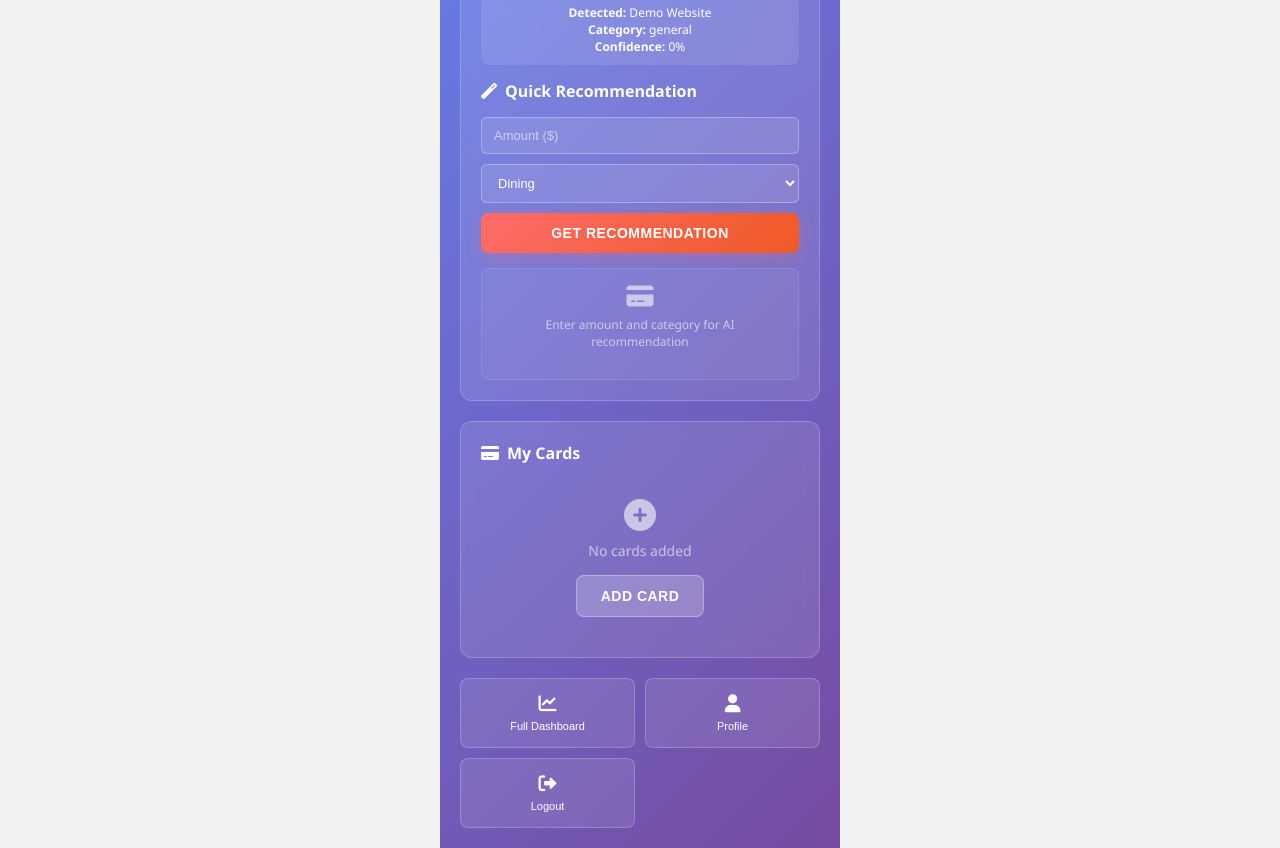
Repository: VihaanShah2004/vs2004-intenrship-version
Page: client/popup.html
These files come from the project's save history. The page is drawn as it stood at one moment and after the next save; the edit follows.
The browser window is 1280 px wide. The pictures show the whole page.

Above is the page before, as saved 2025-09-19 16:51:53.

### client/popup.html
<!DOCTYPE html>
<html lang="en">

<head>
    <meta charset="UTF-8">
    <meta name="viewport" content="width=device-width, initial-scale=1.0">
    <title>VIDAVA AI</title>
    <link rel="stylesheet" href="styles.css">
    <link rel="stylesheet" href="https://cdnjs.cloudflare.com/ajax/libs/font-awesome/6.0.0-beta3/css/all.min.css">
    <link rel="stylesheet" href="popup.css">
</head>

<body>
    <div class="popup-container">
        <!-- Header -->
        <div class="popup-header">
            <img src="logo.png" alt="VIDAVA AI" class="logo">
            <h1>VIDAVA AI</h1>
        </div>

        <!-- Main Content -->
        <div class="popup-content" id="popupContent">
            <!-- Login/Register Section -->
            <div class="auth-section" id="authSection">
                <div class="auth-tabs">
                    <button class="tab-btn active" id="loginTab">Login</button>
                    <button class="tab-btn" id="registerTab">Register</button>
                </div>

                <div class="auth-form" id="loginForm">
                    <input type="email" placeholder="Email" id="loginEmail">
                    <div class="password-wrapper">
                        <input type="password" placeholder="Password" id="loginPassword">
                        <i class="fas fa-eye" id="toggleLoginPassword"></i>
                    </div>
                    <button class="btn primary-btn" id="loginBtn">Login</button>
                    <a href="#" class="forgot-link">Forgot Password?</a>
                </div>

                <div class="auth-form hidden" id="registerForm">
                    <input type="email" placeholder="Email" id="registerEmail">
                    <div class="password-wrapper">
                        <input type="password" placeholder="Password" id="registerPassword">
                        <i class="fas fa-eye" id="toggleRegisterPassword"></i>
                    </div>
                    <button class="btn primary-btn" id="registerBtn">Register</button>
                </div>
            </div>

            <!-- Main Dashboard Section -->
            <div class="dashboard-section hidden" id="dashboardSection">
                <!-- Quick Recommendation -->
                <div class="quick-recommendation">
                    <h3><i class="fas fa-magic"></i> Quick Recommendation</h3>
                    <div class="recommendation-input">
                        <input type="number" placeholder="Amount ($)" id="quickAmount" step="0.01">
                        <select id="quickCategory">
                            <option value="dining">Dining</option>
                            <option value="groceries">Groceries</option>
                            <option value="travel">Travel</option>
                            <option value="gas">Gas</option>
                            <option value="shopping">Shopping</option>
                            <option value="entertainment">Entertainment</option>
                            <option value="general">General</option>
                        </select>
                        <button class="btn primary-btn" id="getQuickRecommendation">Get Recommendation</button>
                    </div>
                    <div class="recommendation-result" id="quickRecommendationResult">
                        <div class="placeholder">
                            <i class="fas fa-credit-card"></i>
                            <p>Enter amount and category for AI recommendation</p>
                        </div>
                    </div>
                </div>

                <!-- My Cards -->
                <div class="my-cards">
                    <h3><i class="fas fa-credit-card"></i> My Cards</h3>
                    <div class="cards-list" id="myCardsList">
                        <div class="no-cards">
                            <i class="fas fa-plus-circle"></i>
                            <p>No cards added</p>
                            <button class="btn secondary-btn" id="addCardBtn">Add Card</button>
                        </div>
                    </div>
                </div>

                <!-- Quick Actions -->
                <div class="quick-actions">
                    <button class="action-btn" id="openDashboard">
                        <i class="fas fa-chart-line"></i>
                        <span>Full Dashboard</span>
                    </button>
                    <button class="action-btn" id="viewProfile">
                        <i class="fas fa-user"></i>
                        <span>Profile</span>
                    </button>
                    <button class="action-btn" id="logoutBtn">
                        <i class="fas fa-sign-out-alt"></i>
                        <span>Logout</span>
                    </button>
                </div>
            </div>
        </div>

        <!-- Loading Overlay -->
        <div class="loading-overlay hidden" id="loadingOverlay">
            <div class="spinner"></div>
            <p>Processing...</p>
        </div>

        <!-- Message Display -->
        <div class="message" id="message"></div>
    </div>

    <!-- Scripts -->
    <script src="storage/localStorage.js"></script>
    <script src="ml/simple-model.js"></script>
    <script src="popup.js"></script>
</body>

</html>

### client/popup.js
// VIDAVA AI Popup Manager
class PopupManager {
    constructor() {
        this.storage = new LocalStorageManager();
        this.mlModel = new CreditCardMLModel();
        this.currentUser = null;
        this.creditCards = [];
        this.currentWebsite = null;

        this.init();
    }

    async init() {
        try {
            // Initialize ML model
            await this.mlModel.loadSavedModel();
            if (!this.mlModel.isLoaded) {
                await this.mlModel.initializeWithSyntheticData();
            }

            // Load credit cards
            this.creditCards = this.storage.getAllCreditCards();

            // Get current user (create default if none exists)
            this.currentUser = this.getOrCreateDefaultUser();

            // Get current website info
            await this.getCurrentWebsiteInfo();

            // Setup event listeners
            this.setupEventListeners();

            // Show appropriate section
            this.showDashboard();

        } catch (error) {
            console.error('Error initializing popup:', error);
            this.showError('Failed to initialize VIDAVA AI');
        }
    }

    getOrCreateDefaultUser() {
        // Get existing user or create default
        const existingUsers = Object.values(this.storage.getData().users);
        if (existingUsers.length > 0) {
            return existingUsers[0];
        }

        // Create default user
        return this.storage.createUser({
            email: 'user@vidava.ai',
            password: 'default',
            firstName: 'User',
            lastName: 'User',
            monthlyIncome: 5000,
            creditScore: 'Good'
        });
    }

    async getCurrentWebsiteInfo() {
        try {
            // Get current tab info (only for demonstration purposes)
            const [tab] = await chrome.tabs.query({ active: true, currentWindow: true });
            this.currentWebsite = this.analyzeWebsite(tab.url, tab.title);
        } catch (error) {
            console.error('Error getting website info:', error);
            this.currentWebsite = {
                domain: 'demo',
                category: 'general',
                name: 'Demo Website',
                confidence: 0
            };
        }
    }

    analyzeWebsite(url, title) {
        // Simplified analysis for demo purposes only
        const domain = 'demo-site.com';
        const titleLower = title.toLowerCase();

        // Basic category detection based on common keywords
        const categories = {
            'dining': ['restaurant', 'food', 'dining', 'eat', 'menu', 'order', 'delivery', 'pizza', 'burger', 'cafe', 'coffee'],
            'groceries': ['grocery', 'supermarket', 'food', 'fresh', 'organic', 'produce', 'meat', 'dairy', 'pantry'],
            'travel': ['hotel', 'flight', 'airline', 'travel', 'booking', 'vacation', 'trip', 'resort'],
            'gas': ['gas', 'fuel', 'station'],
            'shopping': ['shop', 'store', 'buy', 'purchase', 'cart', 'checkout', 'retail'],
            'entertainment': ['movie', 'streaming', 'entertainment', 'game', 'music'],
            'utilities': ['electric', 'water', 'internet', 'phone', 'cable', 'utility', 'bill', 'payment']
        };

        let bestCategory = 'general';
        let bestScore = 0;

        // Simple keyword matching
        for (const [category, keywords] of Object.entries(categories)) {
            const matches = keywords.filter(keyword => titleLower.includes(keyword)).length;
            if (matches > bestScore) {
                bestScore = matches;
                bestCategory = category;
            }
        }

        return {
            domain: domain,
            category: bestCategory,
            name: this.getWebsiteName(domain, title),
            confidence: Math.min(bestScore / 5, 1),
            url: 'https://demo-site.com'
        };
    }

    getWebsiteName(domain, title) {
        // Extract clean website name
        const cleanDomain = domain.replace('www.', '').split('.')[0];
        return cleanDomain.charAt(0).toUpperCase() + cleanDomain.slice(1);
    }

    setupEventListeners() {
        // Tab switching
        document.getElementById('loginTab').addEventListener('click', () => this.switchTab('login'));
        document.getElementById('registerTab').addEventListener('click', () => this.switchTab('register'));

        // Auth buttons
        document.getElementById('loginBtn').addEventListener('click', () => this.handleLogin());
        document.getElementById('registerBtn').addEventListener('click', () => this.handleRegister());

        // Password toggles
        document.getElementById('toggleLoginPassword').addEventListener('click', () => this.togglePassword('loginPassword'));
        document.getElementById('toggleRegisterPassword').addEventListener('click', () => this.togglePassword('registerPassword'));

        // Dashboard actions
        document.getElementById('getQuickRecommendation').addEventListener('click', () => this.getQuickRecommendation());
        document.getElementById('addCardBtn').addEventListener('click', () => this.showAddCardModal());
        document.getElementById('openDashboard').addEventListener('click', () => this.openFullDashboard());
        document.getElementById('viewProfile').addEventListener('click', () => this.showProfile());
        document.getElementById('logoutBtn').addEventListener('click', () => this.logout());

        // Enter key for quick recommendation
        document.getElementById('quickAmount').addEventListener('keypress', (e) => {
            if (e.key === 'Enter') this.getQuickRecommendation();
        });
    }

    switchTab(tab) {
        // Update tab buttons
        document.querySelectorAll('.tab-btn').forEach(btn => btn.classList.remove('active'));
        document.getElementById(tab + 'Tab').classList.add('active');

        // Update forms
        document.querySelectorAll('.auth-form').forEach(form => form.classList.add('hidden'));
        document.getElementById(tab + 'Form').classList.remove('hidden');
    }

    togglePassword(inputId) {
        const input = document.getElementById(inputId);
        const icon = document.getElementById('toggle' + inputId.charAt(0).toUpperCase() + inputId.slice(1));

        if (input.type === 'password') {
            input.type = 'text';
            icon.classList.remove('fa-eye');
            icon.classList.add('fa-eye-slash');
        } else {
            input.type = 'password';
            icon.classList.remove('fa-eye-slash');
            icon.classList.add('fa-eye');
        }
    }

    handleLogin() {
        const email = document.getElementById('loginEmail').value;
        const password = document.getElementById('loginPassword').value;

        if (!email || !password) {
            this.showError('Please fill in all fields');
            return;
        }

        // For demo purposes, accept any login
        this.showSuccess('Login successful!');
        setTimeout(() => this.showDashboard(), 1000);
    }

    handleRegister() {
        const email = document.getElementById('registerEmail').value;
        const password = document.getElementById('registerPassword').value;

        if (!email || !password) {
            this.showError('Please fill in all fields');
            return;
        }

        // Create new user
        const newUser = this.storage.createUser({
            email: email,
            password: password,
            firstName: 'New',
            lastName: 'User',
            monthlyIncome: 5000,
            creditScore: 'Good'
        });

        this.currentUser = newUser;
        this.showSuccess('Registration successful!');
        setTimeout(() => this.showDashboard(), 1000);
    }

    showDashboard() {
        document.getElementById('authSection').classList.add('hidden');
        document.getElementById('dashboardSection').classList.remove('hidden');
        this.loadUserCards();
        this.updateWebsiteInfo();
    }

    updateWebsiteInfo() {
        if (this.currentWebsite) {
            const websiteInfo = document.createElement('div');
            websiteInfo.className = 'website-info';
            websiteInfo.innerHTML = `
                <div style="background: rgba(255,255,255,0.1); padding: 10px; border-radius: 8px; margin-bottom: 15px; font-size: 12px;">
                    <strong>Detected:</strong> ${this.currentWebsite.name}<br>
                    <strong>Category:</strong> ${this.currentWebsite.category}<br>
                    <strong>Confidence:</strong> ${Math.round(this.currentWebsite.confidence * 100)}%
                </div>
            `;

            const quickRec = document.querySelector('.quick-recommendation');
            quickRec.insertBefore(websiteInfo, quickRec.firstChild);
        }
    }

    async getQuickRecommendation() {
        const amount = parseFloat(document.getElementById('quickAmount').value);
        const category = document.getElementById('quickCategory').value;

        if (!amount || amount <= 0) {
            this.showError('Please enter a valid amount');
            return;
        }

        this.showLoading(true);

        try {
            // Use website category if available, otherwise use selected category
            const finalCategory = this.currentWebsite ? this.currentWebsite.category : category;

            const transactionData = {
                amount: amount,
                category: finalCategory,
                merchant: this.currentWebsite ? this.currentWebsite.name : 'Manual Entry'
            };

            const recommendation = await this.mlModel.getRecommendation(
                transactionData,
                this.currentUser,
                this.creditCards
            );

            this.displayRecommendation(recommendation, amount, finalCategory);

            // Save transaction for learning
            this.storage.addTransaction(this.currentUser.id, {
                ...transactionData,
                recommendedCardId: recommendation.recommended.card.id
            });

        } catch (error) {
            console.error('Error getting recommendation:', error);
            this.showError('Failed to get recommendation');
        } finally {
            this.showLoading(false);
        }
    }

    displayRecommendation(recommendation, amount, category) {
        const resultDiv = document.getElementById('quickRecommendationResult');

        if (!recommendation.recommended) {
            resultDiv.innerHTML = `
                <div class="placeholder">
                    <i class="fas fa-exclamation-triangle"></i>
                    <p>No recommendation available</p>
                </div>
            `;
            return;
        }

        const card = recommendation.recommended.card;
        const rewardRate = this.getRewardRate(card, category);
        const estimatedReward = (amount * rewardRate / 100).toFixed(2);
        const confidence = Math.round(recommendation.recommended.confidence * 100);

        resultDiv.innerHTML = `
            <div class="recommendation-card">
                <div class="card-name">${card.name}</div>
                <div class="bank-name">${card.bank}</div>
                <div class="reward-info">
                    <span class="reward-rate">${rewardRate}% Cashback</span>
                    <span class="estimated-reward">$${estimatedReward}</span>
                </div>
                <div class="confidence">Confidence: ${confidence}%</div>
            </div>
        `;
    }

    getRewardRate(card, category) {
        if (card.rewards[category]) {
            return card.rewards[category];
        }
        return card.rewards.other || 1;
    }

    loadUserCards() {
        const cardsList = document.getElementById('myCardsList');
        const userCards = this.currentUser.creditCards || [];

        if (userCards.length === 0) {
            cardsList.innerHTML = `
                <div class="no-cards">
                    <i class="fas fa-plus-circle"></i>
                    <p>No cards added</p>
                    <button class="btn secondary-btn" id="addCardBtn">Add Card</button>
                </div>
            `;
            return;
        }

        cardsList.innerHTML = userCards.map(card => `
            <div class="card-item">
                <div class="card-info">
                    <div class="card-name">${card.cardName}</div>
                    <div class="bank-name">${card.bank}</div>
                </div>
                <button class="remove-btn" onclick="popupManager.removeCard('${card.cardId}')">
                    <i class="fas fa-trash"></i>
                </button>
            </div>
        `).join('');
    }

    showAddCardModal() {
        // Simple card selection
        const availableCards = this.creditCards.filter(card =>
            !this.currentUser.creditCards.some(userCard => userCard.cardId === card.id)
        );

        if (availableCards.length === 0) {
            this.showError('No new cards available to add');
            return;
        }

        const cardOptions = availableCards.map(card =>
            `${card.name} - ${card.bank} (${card.annualFee === 0 ? 'No Fee' : '$' + card.annualFee + '/year'})`
        ).join('\n');

        const selectedIndex = prompt(`Select a card to add:\n\n${cardOptions}\n\nEnter number (1-${availableCards.length}):`);

        if (selectedIndex && selectedIndex >= 1 && selectedIndex <= availableCards.length) {
            const selectedCard = availableCards[selectedIndex - 1];
            this.addCard(selectedCard);
        }
    }

    addCard(card) {
        const result = this.storage.addCreditCardToUser(this.currentUser.id, {
            cardId: card.id,
            cardName: card.name,
            bank: card.bank
        });

        if (result.success) {
            this.currentUser = this.storage.getUserById(this.currentUser.id);
            this.loadUserCards();
            this.showSuccess('Card added successfully!');
        } else {
            this.showError(result.message);
        }
    }

    removeCard(cardId) {
        if (confirm('Are you sure you want to remove this card?')) {
            const result = this.storage.removeCreditCardFromUser(this.currentUser.id, cardId);
            if (result.success) {
                this.currentUser = this.storage.getUserById(this.currentUser.id);
                this.loadUserCards();
                this.showSuccess('Card removed successfully!');
            } else {
                this.showError(result.message);
            }
        }
    }

    openFullDashboard() {
        // Open full dashboard in new tab
        chrome.tabs.create({ url: chrome.runtime.getURL('dashboard.html') });
    }

    showProfile() {
        const profile = `
Name: ${this.currentUser.firstName} ${this.currentUser.lastName}
Email: ${this.currentUser.email}
Monthly Income: $${this.currentUser.monthlyIncome}
Credit Score: ${this.currentUser.creditScore}
Cards: ${this.currentUser.creditCards.length}
        `;
        alert(profile);
    }

    logout() {
        this.currentUser = null;
        document.getElementById('dashboardSection').classList.add('hidden');
        document.getElementById('authSection').classList.remove('hidden');
    }

    showLoading(show) {
        const overlay = document.getElementById('loadingOverlay');
        if (show) {
            overlay.classList.remove('hidden');
        } else {
            overlay.classList.add('hidden');
        }
    }

    showMessage(text, type = 'success') {
        const messageDiv = document.getElementById('message');
        messageDiv.textContent = text;
        messageDiv.className = `message ${type}`;

        setTimeout(() => {
            messageDiv.textContent = '';
            messageDiv.className = 'message';
        }, 3000);
    }

    showSuccess(text) {
        this.showMessage(text, 'success');
    }

    showError(text) {
        this.showMessage(text, 'error');
    }
}

// Initialize popup when DOM is loaded
document.addEventListener('DOMContentLoaded', () => {
    window.popupManager = new PopupManager();
});

Loaded but not shown: client/storage/localStorage.js (407 lines, source omitted); client/ml/simple-model.js (188 lines, source omitted); client/popup.css (499 lines, source omitted); client/styles.css (115 lines, source omitted)

After the next save:
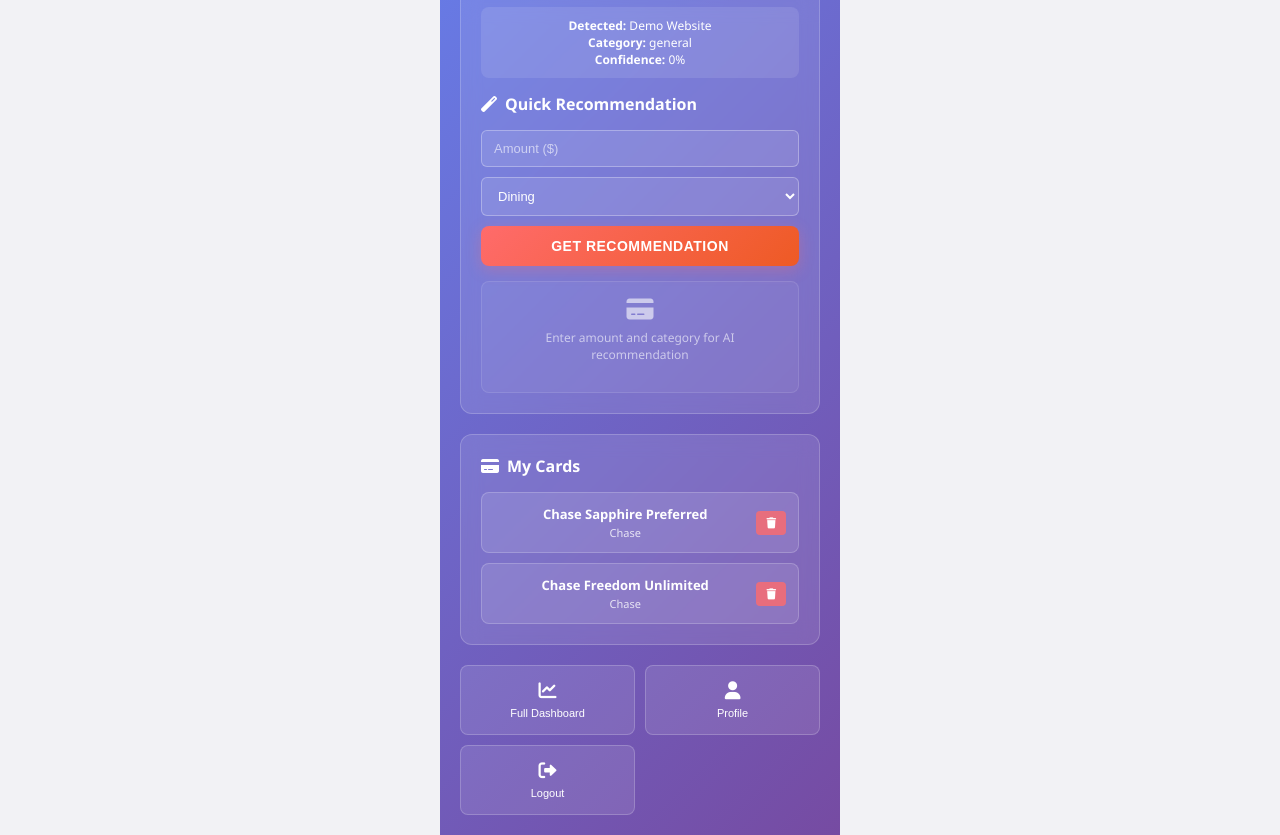
Saved 2 min 42 s later.
--- a/client/popup.js
+++ b/client/popup.js
@@ -47,7 +47,7 @@
         }
 
         // Create default user
-        return this.storage.createUser({
+        const user = this.storage.createUser({
             email: 'user@vidava.ai',
             password: 'default',
             firstName: 'User',
@@ -55,6 +55,33 @@
             monthlyIncome: 5000,
             creditScore: 'Good'
         });
+
+        // Add default credit cards
+        this.storage.addCreditCardToUser(user.id, {
+            cardId: 'chase_sapphire_preferred',
+            cardName: 'Chase Sapphire Preferred',
+            bank: 'Chase'
+        });
+
+        this.storage.addCreditCardToUser(user.id, {
+            cardId: 'chase_freedom_unlimited',
+            cardName: 'Chase Freedom Unlimited',
+            bank: 'Chase'
+        });
+
+        // Update user with spending preferences
+        this.storage.updateUser(user.id, {
+            spendingPreferences: [
+                { category: 'dining', monthlySpending: 800, priority: 3 },
+                { category: 'groceries', monthlySpending: 600, priority: 4 },
+                { category: 'travel', monthlySpending: 400, priority: 2 },
+                { category: 'shopping', monthlySpending: 300, priority: 2 }
+            ],
+            totalTransactions: 50,
+            averageTransactionAmount: 75
+        });
+
+        return this.storage.getUserById(user.id);
     }
 
     async getCurrentWebsiteInfo() {
